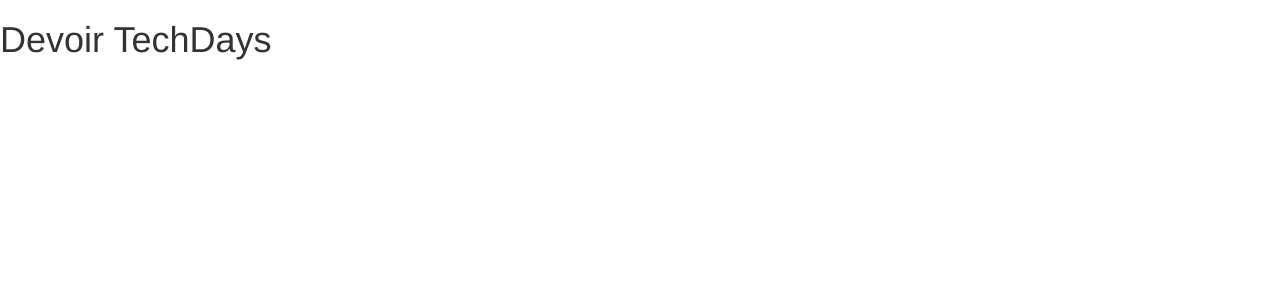
Repository: Chebani/Devoir-n2
Page: http://localhost/database/application/views/techdays.php
The author's editor kept a copy of each file at every save. The page is drawn from the files as they stood at one save, then again after the next save.
The browser window is 1280 px wide. The pictures show the whole page.
The page is run by PHP 8.4 with error messages shown; the project is at /var/www/html/.

Above is the page before, as saved 2018-10-11 15:27:54.

### application/views/techdays.php

<!DOCTYPE html>
<html lang="en">
<head>
    <meta charset="UTF-8">
    <meta name="viewport" content="width=device-width, initial-scale=1.0">
    <meta http-equiv="X-UA-Compatible" content="ie=edge">
    <link rel="stylesheet" href="https://maxcdn.bootstrapcdn.com/bootstrap/3.3.7/css/bootstrap.min.css" media="screen" title="no title">
    <title>Devoir TechDays</title>
</head>
<body>
    <h1>Devoir TechDays</h1>

</body>
</html>

After the next save:
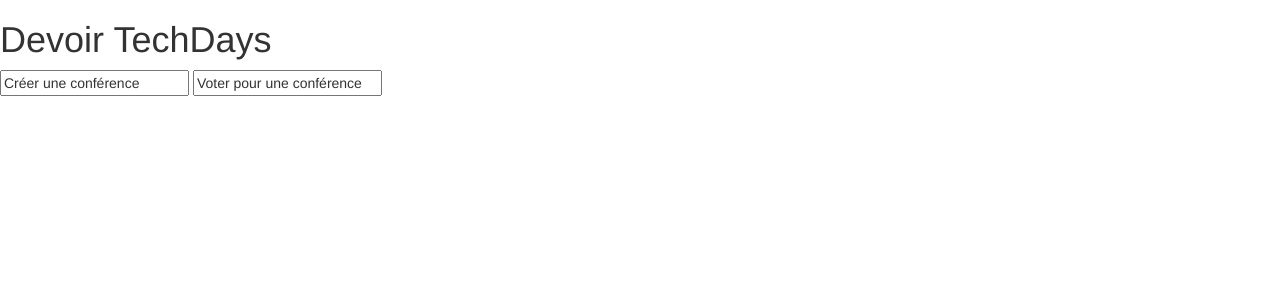
Saved 66 s later.
--- a/application/views/techdays.php
+++ b/application/views/techdays.php
@@ -10,6 +10,8 @@
 </head>
 <body>
     <h1>Devoir TechDays</h1>
+    <input type="text" value='Créer une conférence'>
+    <input type="text" value='Voter pour une conférence'>
 
 </body>
 </html>
